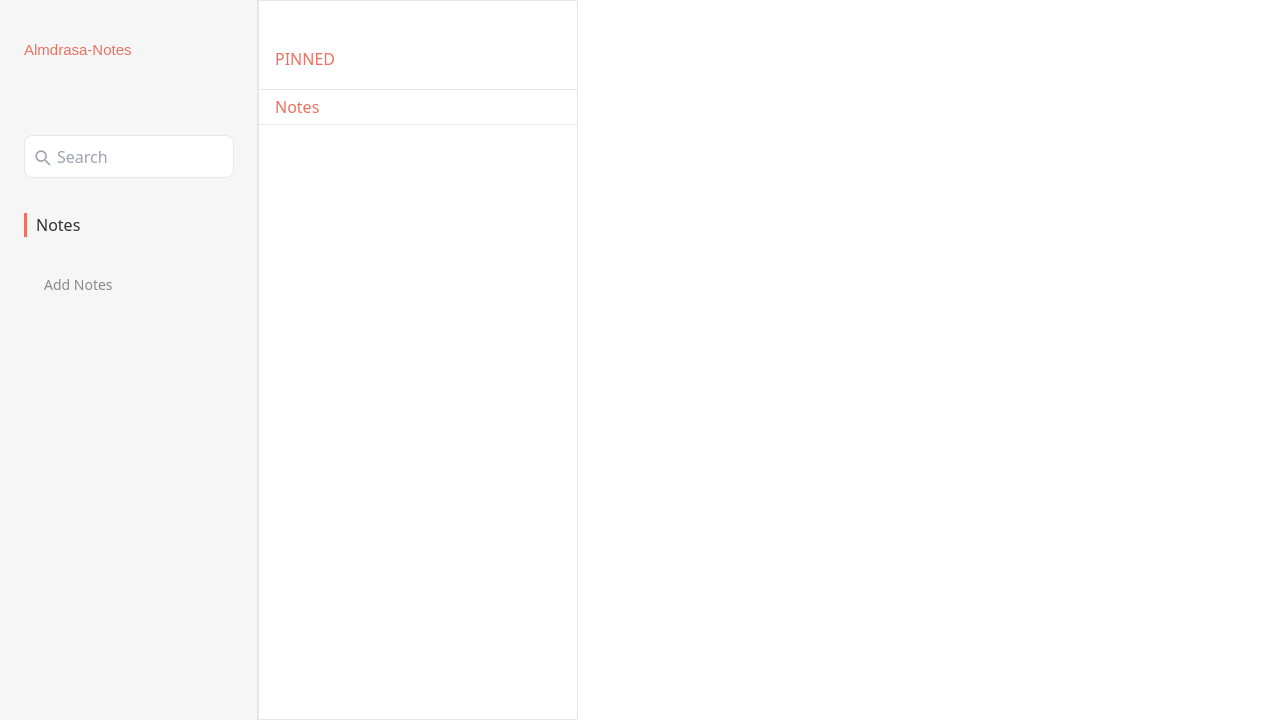
Repository: wafaa399/Note-App
Page: index.html
An editor plug-in stored every save of this project. The page is shown before and after the next save, followed by the edit.
The browser window is 1280 px wide. The pictures show the whole page.
Some web fonts or font styles are not loaded; a fallback is used. Some web libraries are served in a nearby version.

Above is the page before, as saved 2026-07-18 00:37:11.

After the next save:
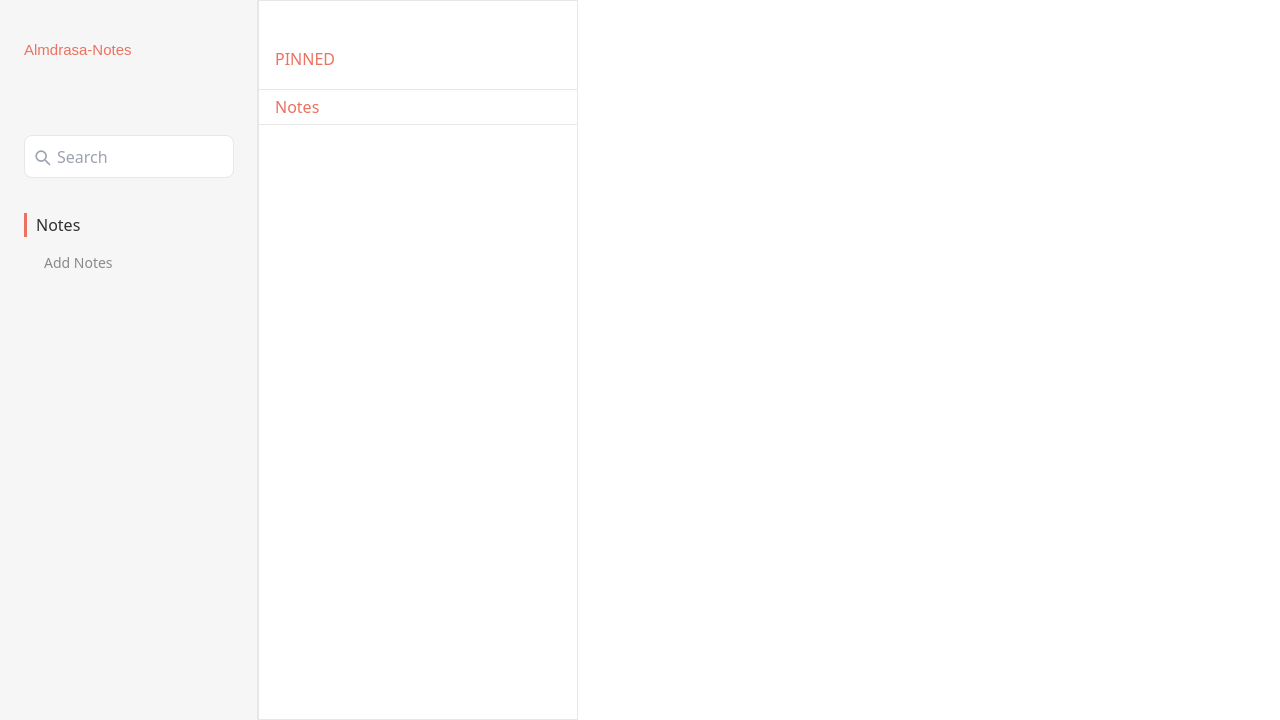
Saved 7 s later.
--- a/index.html
+++ b/index.html
@@ -91,7 +91,7 @@
 
   <button
     data-view="add"
-    class="nav-item w-full h-[53px] text-left pl-5 rounded text-[#898989] flex items-center hover:bg-gray-50"
+    class="nav-item w-full h-2 text-left pl-5 rounded text-[#898989] flex items-center hover:bg-gray-50"
   >
     Add Notes
   </button>
